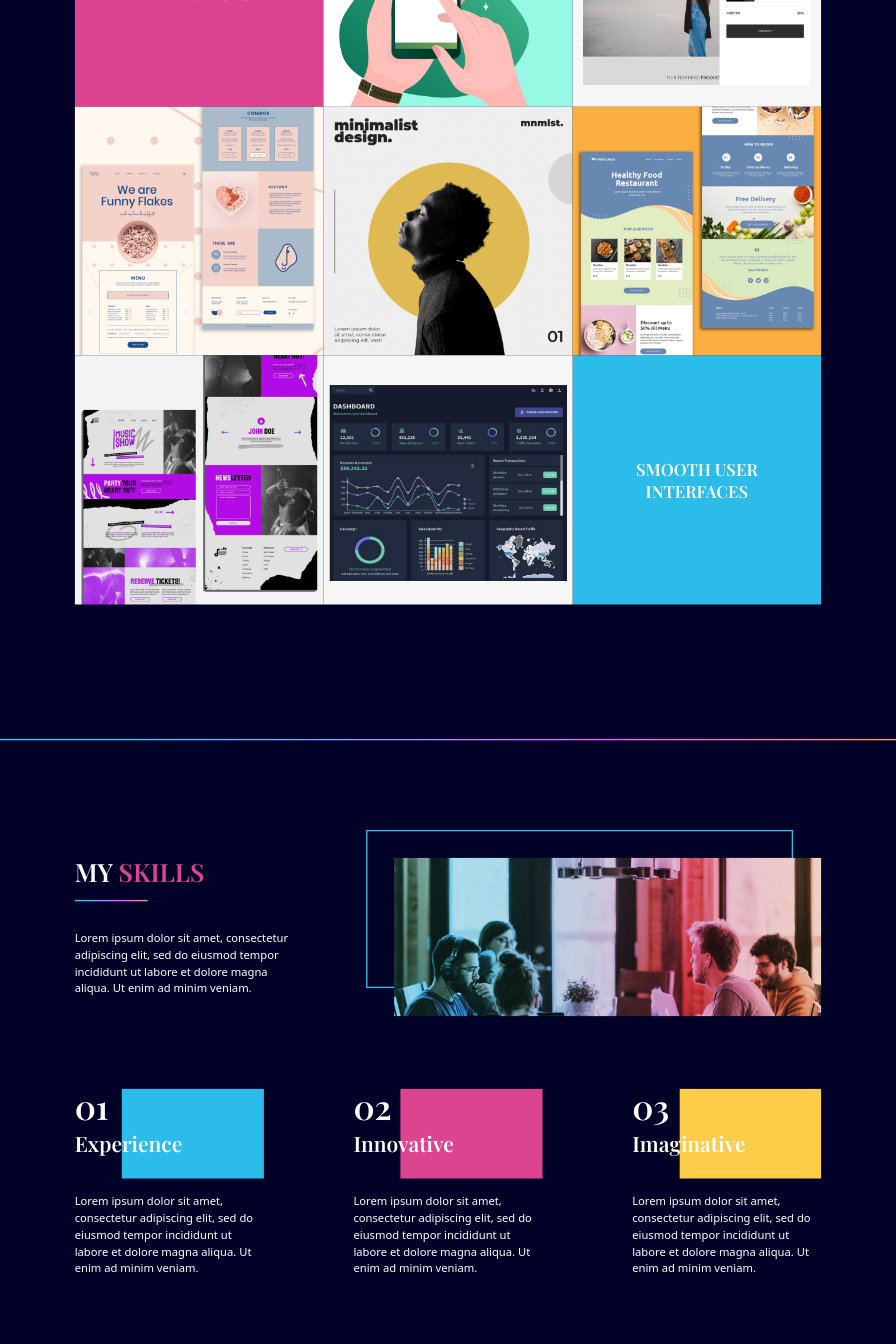
Repository: thibaultNicolas/portfolio-react
Page: /
The author's editor kept a copy of each file at every save. The page is drawn from the files as they stood at one save, then again after a run of saves.
The browser window is 1280 px wide. The pictures show the part of the page from y = 2181 to 4101 px (the page is 4101 px tall), at 70% of full size.
The project was rebuilt for these pictures with package versions that can differ from the ones it lists, and the page was loaded fresh each time. Also part of the build but not shown: next.config.ts.

Above is the page before, as saved 2023-01-08 11:56:25.

### public/index.html
<!DOCTYPE html>
<html lang="en">

<head>
  <meta charset="utf-8" />
  <link rel="icon" href="%PUBLIC_URL%/favicon.ico" />
  <meta name="viewport" content="width=device-width, initial-scale=1" />
  <meta name="theme-color" content="#000000" />
  <meta name="description" content="Web site created using create-react-app" />
  <link rel="apple-touch-icon" href="%PUBLIC_URL%/logo192.png" />
  <!--
      manifest.json provides metadata used when your web app is installed on a
      user's mobile device or desktop. See https://developers.google.com/web/fundamentals/web-app-manifest/
    -->
  <link rel="manifest" href="%PUBLIC_URL%/manifest.json" />
  <!--
      Notice the use of %PUBLIC_URL% in the tags above.
      It will be replaced with the URL of the `public` folder during the build.
      Only files inside the `public` folder can be referenced from the HTML.

      Unlike "/favicon.ico" or "favicon.ico", "%PUBLIC_URL%/favicon.ico" will
      work correctly both with client-side routing and a non-root public URL.
      Learn how to configure a non-root public URL by running `npm run build`.
    -->
  <title>React App</title>
  <link href="/public/output.css" rel="stylesheet">
</head>

<body>
  <noscript>You need to enable JavaScript to run this app.</noscript>
  <div id="root"></div>
  <!--
      This HTML file is a template.
      If you open it directly in the browser, you will see an empty page.

      You can add webfonts, meta tags, or analytics to this file.
      The build step will place the bundled scripts into the <body> tag.

      To begin the development, run `npm start` or `yarn start`.
      To create a production bundle, use `npm run build` or `yarn build`.
    -->
</body>

</html>

### src/index.css
@import url('https://fonts.googleapis.com/css2?family=Open+Sans:wght@400;600&family=Playfair+Display:wght@400;600&display=swap');

@tailwind base;
@tailwind components;
@tailwind utilities;

html,
body,
#root,
.app{
    height: 100%;
    background-color: #010026;
    @apply text-white;
}

### src/scenes/Navbar.jsx
import { useState } from 'react';
import AnchorLink from 'react-anchor-link-smooth-scroll';
import useMediaQuery from '../hooks/useMediaQuery';

const Link = ({ page, selectedPage, setSelectedPage }) => {
    const lowerCasePage = page.toLowerCase();
    return (
        <AnchorLink
            className={`${selectedPage === lowerCasePage ? 'text-yellow' : ''}
            hover:text-yellow transition duration-500`}
            href={`#${lowerCasePage}`}
            onClick={() => setSelectedPage(lowerCasePage)}
        >
            {page}
        </AnchorLink>
    );
};

const Navbar = ({ isTopOfPage, selectedPage, setSelectedPage }) => {
    const [isMenuToggled, setIsMenuToggled] = useState(false);
    const isAboveSmallScreens = useMediaQuery('(min-width:768px)');
    const navbarBackground = isTopOfPage ? "" : "bg-red";

    return (
        <nav className={`${navbarBackground} z-40 w-full fixed top-0 py-6`}>
            <div className="flex items-center justify-between mx-auto w-5/6">
                <h4 className="font-playfair text-3xl font-bold">NT</h4>

                {/* DESKTOP NAV */}
                {isAboveSmallScreens ? (
                    <div className="flex justify-between gap-16 font-openSans txt-sm font-semibold">
                        <Link
                            page="Home"
                            selectedPage={selectedPage}
                            setSelectedPage={setSelectedPage}
                        />
                        <Link
                            page="Skills"
                            selectedPage={selectedPage}
                            setSelectedPage={setSelectedPage}
                        />
                        <Link
                            page="Projects"
                            selectedPage={selectedPage}
                            setSelectedPage={setSelectedPage}
                        />
                        <Link
                            page="Testimonials"
                            selectedPage={selectedPage}
                            setSelectedPage={setSelectedPage}
                        />
                        <Link
                            page="Contact"
                            selectedPage={selectedPage}
                            setSelectedPage={setSelectedPage}
                        />
                    </div>
                ) : (
                    <button
                        className="rounded-full bg-red p-2"
                        onClick={() => setIsMenuToggled(!isMenuToggled)}
                    >
                        <img src="../assets/menu-icon.svg" alt="menu-icon" />
                    </button>
                )}

                {/* MOBILE MENU POPUP */}
                {!isAboveSmallScreens && isMenuToggled && (
                    <div className="fixed right-0 bottom-0 h-full bg-blue w-[300px]">
                        {/* CLOSE ICON */}
                        <div className="flex justify-end p-12">
                            <button
                                onClick={() => setIsMenuToggled(!isMenuToggled)}
                            >
                                <img
                                    src="../assets/close-icon.svg"
                                    alt="close-icon"
                                />
                            </button>
                        </div>
                        {/* MENU ITEMS */}
                        <div className="flex flex-col gap-10 ml-[33%] text-2xl text-deep-blue">
                            <Link
                                page="Home"
                                selectedPage={selectedPage}
                                setSelectedPage={setSelectedPage}
                            />
                            <Link
                                page="Skills"
                                selectedPage={selectedPage}
                                setSelectedPage={setSelectedPage}
                            />
                            <Link
                                page="Projects"
                                selectedPage={selectedPage}
                                setSelectedPage={setSelectedPage}
                            />
                            <Link
                                page="Testimonials"
                                selectedPage={selectedPage}
                                setSelectedPage={setSelectedPage}
                            />
                            <Link
                                page="Contact"
                                selectedPage={selectedPage}
                                setSelectedPage={setSelectedPage}
                            />
                        </div>
                    </div>
                )}
            </div>
        </nav>
    );
};

export default Navbar;

### src/scenes/DotGroup.jsx
import AnchorLink from 'react-anchor-link-smooth-scroll';
const DotGroup = ({ selectedPage, setSelectedPage }) => {
    const selectedStyles = `relative bg-yellow before:absolute before:w-6 before:h-6
    before:rounded-full before:border-2 before:border-yellow before:left-[-50%]
    before:top-[-50%]`;
    return (
        <div className="flex flex-col gap-6 fixed top-[60%] right-7">
            <AnchorLink
                className={`${selectedPage === 'home' ? selectedStyles : 'bg-dark-grey'}
            w-3 h-3 rounded-full`}
                href="#home"
                onClick={() => setSelectedPage('home')}
            />
            <AnchorLink
                className={`${selectedPage === 'skills' ? selectedStyles : 'bg-dark-grey'}
            w-3 h-3 rounded-full`}
                href="#skills"
                onClick={() => setSelectedPage('skills')}
            />
            <AnchorLink
                className={`${selectedPage === 'projects' ? selectedStyles : 'bg-dark-grey'}
            w-3 h-3 rounded-full`}
                href="#projects"
                onClick={() => setSelectedPage('projects')}
            />
            <AnchorLink
                className={`${selectedPage === 'testimonials' ? selectedStyles : 'bg-dark-grey'}
            w-3 h-3 rounded-full`}
                href="#testimonials"
                onClick={() => setSelectedPage('testimonials')}
            />
            <AnchorLink
                className={`${selectedPage === 'contact' ? selectedStyles : 'bg-dark-grey'}
            w-3 h-3 rounded-full`}
                href="#contact"
                onClick={() => setSelectedPage('contact')}
            />
        </div>
    );
};
export default DotGroup;

### src/scenes/Projects.jsx
import LineGradient from '../components/LineGradient';
import useMediaQuery from '../hooks/useMediaQuery';
import { motion } from 'framer-motion';

const container = {
    hidden: {},
    visible: {
        transition: { staggerChildren: 0.2 },
    },
};

const projectVariant = {
    hidden: { opacity: 0, scale: 0.8 },
    visible: { opacity: 1, scale: 1 },
};

const Project = ({ title }) => {
    const projectTitle = title.split(' ').join('-').toLowerCase();
    const overlayStyles = `absolute h-full w-full opacity-0 hover:opacity-90 transition duration-500 bg-grey z-30 flex flex-col justify-center items-center text-center p-16 text-deep-blue`;

    return (
        <motion.div variants={projectVariant} className="relative">
            <div className={overlayStyles}>
                <p className="text-2xl font-playfair">{title}</p>
                <p className="mt-7">
                    Lorem ipsum dolor sit amet, consectetur adipiscing elit, sed
                    do eiusmod tempor incididunt ut labore et dolore magna
                    aliqua. Ut enim ad minim veniam.
                </p>
            </div>
            <img src={`../assets/${projectTitle}.jpeg`} alt={projectTitle} />
        </motion.div>
    );
};

const Projects = () => {
    const isAboveMediumScreens = useMediaQuery('(min-width:1060px)');

    return (
        <section id="projects" className="pt-48 pb-48">
            {/* HEADINGS */}
            <div className="md:flex md:justify-between md:gap-16 mt-32">
                <motion.div
                    className="md:w-2/5 mx-auto text-center"
                    initial="hidden"
                    whileInView="visible"
                    viewport={{ once: true, amount: 0.5 }}
                    transition={{ duration: 0.5 }}
                    variants={{
                        hidden: { opacity: 0, x: -50 },
                        visible: { opacity: 1, x: 0 },
                    }}
                >
                    <div>
                        <p className="font-playfair font-semibold text-4xl">
                            MY <span className="text-red">PRO</span>JECTS
                        </p>
                        <div className="flex justify-center mt-5">
                            <LineGradient width="w-1/3" />
                        </div>
                    </div>

                    <p className="mt-10 mb-10">
                        Lorem ipsum dolor sit amet, consectetur adipiscing elit,
                        sed do eiusmod tempor incididunt ut labore et dolore
                        magna aliqua. Ut enim ad minim veniam.
                    </p>
                </motion.div>
            </div>
            {/* PROJECTS */}
            <div className="flex justify-center">
                <motion.div
                    className="sm:grid sm:grid-cols-2 md:grid-cols-3"
                    initial="hidden"
                    whileInView="visible"
                    viewport={{ once: true, amount: 0.5 }}
                    variants={container}
                >
                    {/* ROW 1 */}
                    <div className="flex justify-center text-center items-center p-10 bg-red max-w-[400px] max-h-[400px] text-2xl font-playfair font-semibold">
                        BEAUTIFUL USER INTERFACES
                    </div>

                    <Project title="Project 1" />
                    <Project title="Project 2" />

                    {/* ROW 2 */}
                    <Project title="Project 3" />
                    <Project title="Project 4" />
                    <Project title="Project 5" />

                    {/* ROW 3 */}
                    <Project title="Project 6" />
                    <Project title="Project 7" />

                    <div className="flex justify-center text-center items-center p-10 bg-blue max-w-[400px] max-h-[400px] text-2xl font-playfair font-semibold">
                        SMOOTH USER INTERFACES
                    </div>
                </motion.div>
            </div>
        </section>
    );
};
export default Projects;

### src/scenes/Testimonials.jsx
import LineGradient from '../components/LineGradient';
import useMediaQuery from '../hooks/useMediaQuery';
import { motion } from 'framer-motion';

const Testimonials = () => {
    const testimonialsStyles = `mx-auto relative max-w-[400px] h-[350px] flex flex-col justify-end pt-16 ,t-48 before:absolute before:top-[-120px] before:-ml-[110px] before:left-1/2`;


    const isAboveMediumScreens = useMediaQuery('(min-width:1060px)');

    return (
        <section id="testimonials" className="pt-10 pb-24">
            {/* HEADER AND IMAGE SECTION */}
            <div className="md:flex md:justify-between md:gap-16 mt-32">
                <motion.div
                    className="md:w-1/3"
                    initial="hidden"
                    whileInView="visible"
                    viewport={{ once: true, amount: 0.5 }}
                    transition={{ duration: 0.5 }}
                    variants={{
                        hidden: { opacity: 0, x: -50 },
                        visible: { opacity: 1, x: 0 },
                    }}
                >
                    <p className="font-playfair font-semibold text-4xl mb-5">
                        MY <span className="text-red">SKILLS</span>
                    </p>
                    <LineGradient width="w-1/3" />
                    <p className="mt-10 mb-7">
                        Lorem ipsum dolor sit amet, consectetur adipiscing elit,
                        sed do eiusmod tempor incididunt ut labore et dolore
                        magna aliqua. Ut enim ad minim veniam.
                    </p>
                </motion.div>
                <div className="mt-16 md:mt-0">
                    {isAboveMediumScreens ? (
                        <div className="relative z-0 ml-20 before:absolute before:-top-10 before:-left-10 before:w-full before:h-full before:border-2 before:border-blue before:z-[-1]">
                            <img
                                src="assets/skills-image.png"
                                alt="skills"
                                className="z-10"
                            />
                        </div>
                    ) : (
                        <img
                            src="assets/skills-image.png"
                            alt="skills"
                            className="z-10"
                        />
                    )}
                </div>
            </div>
            {/* SKILLS */}
            <div className="md:flex md:justify-between mt-16 gap-32">
                {/* EXPERIENCE */}
                <motion.div
                    className="md:w-1/3 mt-10"
                    initial="hidden"
                    whileInView="visible"
                    viewport={{ once: true, amount: 0.5 }}
                    transition={{ duration: 0.5 }}
                    variants={{
                        hidden: { opacity: 0, y: 50 },
                        visible: { opacity: 1, y: 0 },
                    }}
                >
                    <div className="relative h-32">
                        <div className="z-10">
                            <p className="font-playfair font-semibold text-5xl">
                                01
                            </p>
                            <p className="font-playfair font-semibold text-3xl mt-3">
                                Experience
                            </p>
                        </div>
                        <div className="w-1/2 md:w-3/4 h-32 bg-blue absolute right-0 top-0 z-[-1]"></div>
                    </div>
                    <p className="mt-5">
                        Lorem ipsum dolor sit amet, consectetur adipiscing elit,
                        sed do eiusmod tempor incididunt ut labore et dolore
                        magna aliqua. Ut enim ad minim veniam.
                    </p>
                </motion.div>
                {/* INNOVATIVE */}
                <motion.div
                    className="md:w-1/3 mt-10"
                    initial="hidden"
                    whileInView="visible"
                    viewport={{ once: true, amount: 0.5 }}
                    transition={{ duration: 0.5 }}
                    variants={{
                        hidden: { opacity: 0, y: 50 },
                        visible: { opacity: 1, y: 0 },
                    }}
                >
                    <div className="relative h-32">
                        <div className="z-10">
                            <p className="font-playfair font-semibold text-5xl">
                                02
                            </p>
                            <p className="font-playfair font-semibold text-3xl mt-3">
                                Innovative
                            </p>
                        </div>
                        <div className="w-1/2 md:w-3/4 h-32 bg-red absolute right-0 top-0 z-[-1]"></div>
                    </div>
                    <p className="mt-5">
                        Lorem ipsum dolor sit amet, consectetur adipiscing elit,
                        sed do eiusmod tempor incididunt ut labore et dolore
                        magna aliqua. Ut enim ad minim veniam.
                    </p>
                </motion.div>
                {/* IMAGINATIVE */}
                <motion.div
                    className="md:w-1/3 mt-10"
                    initial="hidden"
                    whileInView="visible"
                    viewport={{ once: true, amount: 0.5 }}
                    transition={{ duration: 0.5 }}
                    variants={{
                        hidden: { opacity: 0, y: 50 },
                        visible: { opacity: 1, y: 0 },
                    }}
                >
                    <div className="relative h-32">
                        <div className="z-10">
                            <p className="font-playfair font-semibold text-5xl">
                                03
                            </p>
                            <p className="font-playfair font-semibold text-3xl mt-3">
                                Imaginative
                            </p>
                        </div>
                        <div className="w-1/2 md:w-3/4 h-32 bg-yellow absolute right-0 top-0 z-[-1]"></div>
                    </div>
                    <p className="mt-5">
                        Lorem ipsum dolor sit amet, consectetur adipiscing elit,
                        sed do eiusmod tempor incididunt ut labore et dolore
                        magna aliqua. Ut enim ad minim veniam.
                    </p>
                </motion.div>
            </div>
        </section>
    );
};
export default Testimonials;

### src/components/LineGradient.jsx
const LineGradient = ({ width = 'w-full' }) => {
    return (
        <div className={`h-0.5 ${width} bg-gradient-rainblue`}>

        </div>
    )
};

export default LineGradient;

### src/hooks/useMediaQuery.jsx
import { useState, useEffect } from 'react';

const useMediaQuery = (query) => {
    const [matches, setMatches] = useState(false);

    useEffect(() => {
        const media = window.matchMedia(query);
        if (media.matches !== matches) {
            setMatches(media.matches);
        }
        const listener = () => setMatches(media.matches);
        window.addEventListener('resize', listener);
        return () => window.removeEventListener('resize', listener);
    }, [matches, query]);

    return matches;
};

export default useMediaQuery;

### src/components/SocialMediaIcons.jsx

const SocialMediaIcons = () =>{
    return (
        <div className="flex justify-center md:justify-start my-10 gap-7">
            <a
            className="hover:opacity-50 transition duration-500"
            href="https://www.linkedin.com/in/nicolas-thibault-6652b9194/"
            target="_blank"
            rel="noreferrer">
                <img src="../assets/linkedin.png" alt="linkedin-link" />
            </a>
            <a
            className="hover:opacity-50 transition duration-500"
            href="https://www.facebook.com/nicolas.thibault3/"
            target="_blank"
            rel="noreferrer">
                <img src="../assets/facebook.png" alt="facebook-link" />
            </a>
            <a
            className="hover:opacity-50 transition duration-500"
            href="https://www.instagram.com/nicolasthibault_/"
            target="_blank"
            rel="noreferrer">
                <img src="../assets/instagram.png" alt="instagram-link" />
            </a>
        </div>
    )
}
export default SocialMediaIcons;

Loaded but not shown: src/index.js (common file); src/App.js (53 lines, source omitted); tailwind.config.js (41 lines, source omitted); public/output.css (740 lines, source omitted); src/scenes/MySkills.jsx (144 lines, source omitted); src/scenes/Landing.jsx (111 lines, source omitted)

After the next 5 saves:
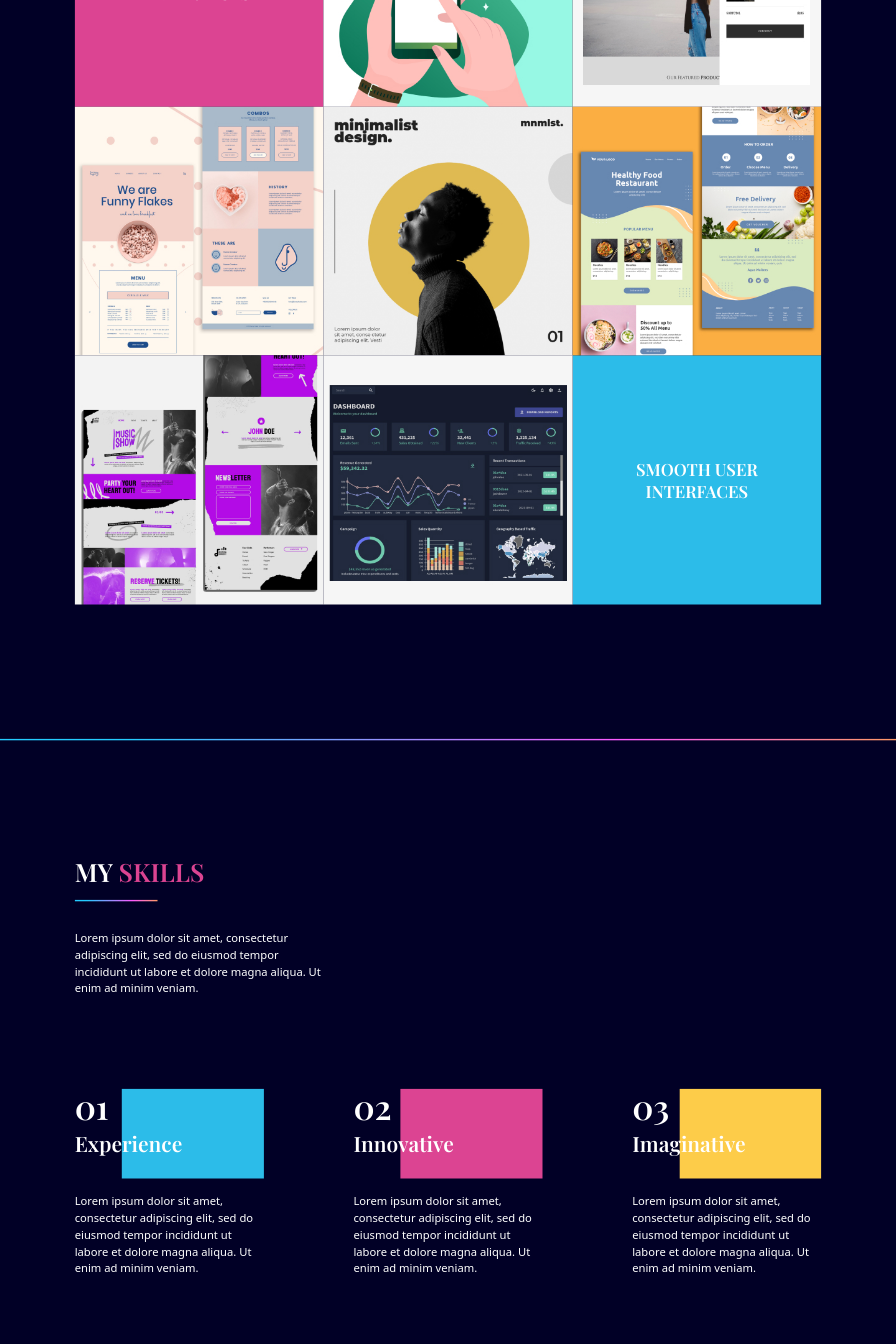
The 5 saves are shown as one change because 4 did not build or start.
The last was saved 31 s later.
--- a/src/scenes/Testimonials.jsx
+++ b/src/scenes/Testimonials.jsx
@@ -4,9 +4,6 @@ import { motion } from 'framer-motion';
 
 const Testimonials = () => {
     const testimonialsStyles = `mx-auto relative max-w-[400px] h-[350px] flex flex-col justify-end pt-16 ,t-48 before:absolute before:top-[-120px] before:-ml-[110px] before:left-1/2`;
-
-
-    const isAboveMediumScreens = useMediaQuery('(min-width:1060px)');
 
     return (
         <section id="testimonials" className="pt-10 pb-24">
@@ -33,23 +30,7 @@ const Testimonials = () => {
                         magna aliqua. Ut enim ad minim veniam.
                     </p>
                 </motion.div>
-                <div className="mt-16 md:mt-0">
-                    {isAboveMediumScreens ? (
-                        <div className="relative z-0 ml-20 before:absolute before:-top-10 before:-left-10 before:w-full before:h-full before:border-2 before:border-blue before:z-[-1]">
-                            <img
-                                src="assets/skills-image.png"
-                                alt="skills"
-                                className="z-10"
-                            />
-                        </div>
-                    ) : (
-                        <img
-                            src="assets/skills-image.png"
-                            alt="skills"
-                            className="z-10"
-                        />
-                    )}
-                </div>
+
             </div>
             {/* SKILLS */}
             <div className="md:flex md:justify-between mt-16 gap-32">
